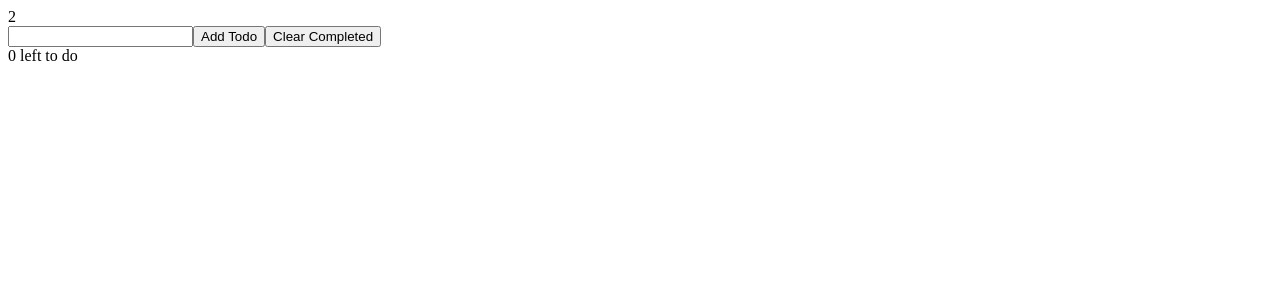
Repository: Hyperion72R/React-concepts
Page: /
An editor plug-in stored every save of this project. The page is shown before and after the next save, followed by the edit.
The browser window is 1280 px wide. The pictures show the whole page.
The project was rebuilt for these pictures with package versions that can differ from the ones it lists, and the page was loaded fresh each time.

Above is the page before, as saved 2021-07-17 12:49:34.

After the next save:
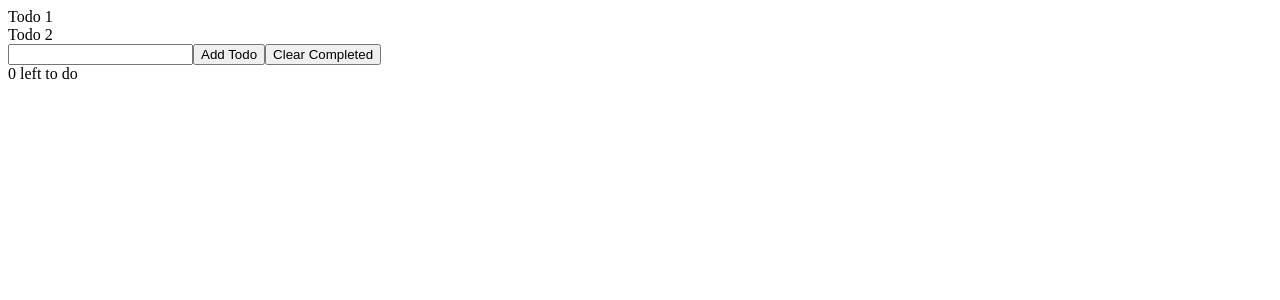
Saved 2 min 5 s later.
--- a/src/TodoList.js
+++ b/src/TodoList.js
@@ -3,6 +3,10 @@ import React from "react";
 export default function TodoList({ todoList }) {
   return (
     // <div>Lorem ipsum dolor sit amet consectetur adipisicing.{todoList}</div>
-    <div>{todoList.length}</div>
+    // <div>{todoList.length}</div>
+
+    todoList.map((item) => {
+      return <div>{item}</div>;
+    })
   );
 }
